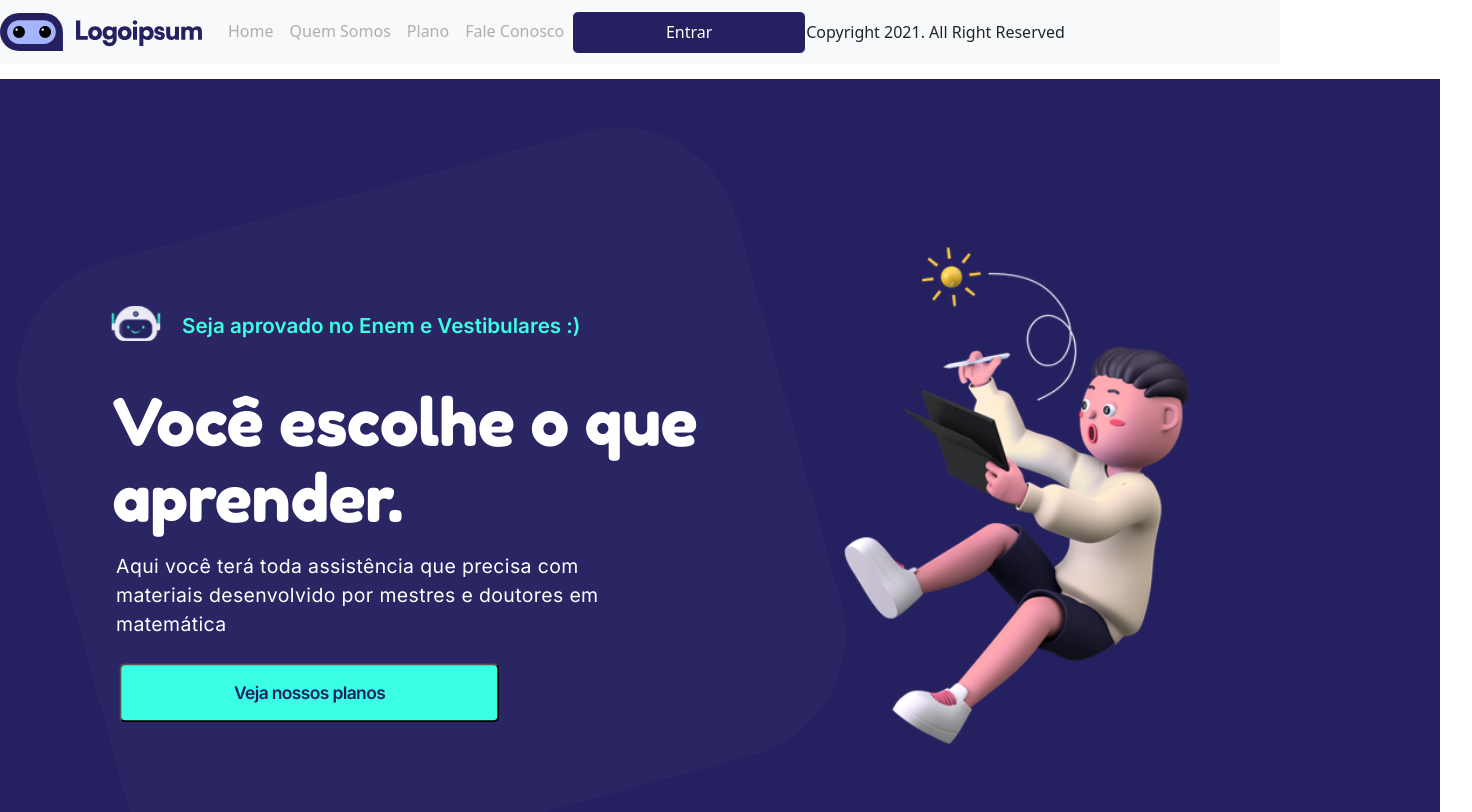
Repository: Williamlmachado/Desafio-Landing-page
Page: index.html
These files come from the project's save history. The page is drawn as it stood at one moment and after the next save; the edit follows.
The browser window is 1280 px wide. The page is 1472 px wide, so the pictures cover 1472 px, including what lies to the right of the window. The pictures show the part of the page from y = 0 to 812 px (the page is 5207 px tall).
Some icons come from a web library that is not loaded, so they are not drawn.

Above is the page before, as saved 2021-11-10 16:44:00.

### index.html
<!DOCTYPE html>
<html lang="en">

<head>
  <meta charset="UTF-8">
  <meta http-equiv="X-UA-Compatible" content="IE=edge">
  <meta name="viewport" content="width=device-width, initial-scale=1.0">
  <link rel="stylesheet" href="path/to/font-awesome/css/font-awesome.min.css">
  <link href="https://fonts.googleapis.com/css2?family=Inter:wght@100;200;300;400;500;600&display=swap" rel="stylesheet">
  <link href="https://fonts.googleapis.com/css2?family=Nunito:ital,wght@0,200;0,300;0,400;0,700;0,800;0,900;1,200;1,300;1,400;1,600;1,700;1,800;1,900&display=swap" rel="stylesheet">
  <link href="https://fonts.googleapis.com/css2?family=Fredoka+One&display=swap" rel="stylesheet">
  <link href="https://cdn.jsdelivr.net/npm/bootstrap@5.1.3/dist/css/bootstrap.min.css" rel="stylesheet"
    integrity="sha384-1BmE4kWBq78iYhFldvKuhfTAU6auU8tT94WrHftjDbrCEXSU1oBoqyl2QvZ6jIW3" crossorigin="anonymous">
  <link rel="stylesheet" href="style.css">
  <script src="https://cdn.jsdelivr.net/npm/bootstrap@5.1.3/dist/js/bootstrap.bundle.min.js"
    integrity="sha384-ka7Sk0Gln4gmtz2MlQnikT1wXgYsOg+OMhuP+IlRH9sENBO0LRn5q+8nbTov4+1p"
    crossorigin="anonymous"></script>
  <title>Document</title>

<body>
  <nav class="navbar navbar-expand-lg navbar-light bg-light">
    <a class="navbar-brand" href="#">
      <img src="img/logoipsum-logo-40 2.svg" alt="logo">
    </a>
    <button class="navbar-toggler" type="button" data-toggle="collapse" data-target="#navbarNav" aria-controls="navbarNav" aria-expanded="false" aria-label="Toggle navigation">
      <span class="navbar-toggler-icon"></span>
    </button>
    <nav>
    <div class="collapse navbar-collapse" id="navbarNav">
      <ul class="navbar-nav">
      <nav class="navbar-nav ml-auto">
        <li class="nav-item">
          <a class="nav-link disabled" href="#">Home <span class="sr-only"></span></a>
        </li>
        <li class="nav-item">
          <a class="nav-link disabled" href="#">Quem Somos</a>
        </li>
        <li class="nav-item-right">
          <a class="nav-link disabled" href="#">Plano</a>
        </li>
        <li class="nav-item">
          <a class="nav-link disabled" href="#">Fale Conosco</a>
        </li>
        <li class="nav-item">
          <button class="nav-button" type="button">Entrar</button>
        </li>
      </nav>
      </ul>
    </div>
  </nav>
    <div class="retangle-1">
      <div class="row">
          <div class="retangle-8">
           <div class="col"><img class="spaceboy" src="img/image 3.svg" alt="astronauta"><H4 class="frase1">Seja aprovado no Enem e Vestibulares :)</H4>
          <H1 class="frase2">Você escolhe o que aprender.</H1></div>
          <h4 class="frase3">Aqui você terá toda assistência que precisa
            com materiais desenvolvido por mestres e doutores em matemática</h4>
          <button type="button" class="buttonret"><p class="fraseButton">Veja nossos planos</p><i class="fas fa-arrow-right"></i></button>
          </div>
          </div>
        <div class="col"><img class="boy" src="img/image 8.svg" alt="garoto"></div>
     </div>
    </div>
  <div class="retangle-2">
    <div class="escolas">
    <img src="img/Captura de Tela 2021-05-22 às 02.33 1.svg" alt="escolas">
  </div>
  <div class="row">
    <div class="col"><img class="smallogos" src="img/Group 53.svg" alt="smallogos"><p class="group12"><img class="group12" src="img/Group 12.svg"></p><p><img class="group13" src="img/Group 13.svg"></p><p><img class="group14" src="img/Group 14.svg"></p></div>
    <div class="col"><img class="adolescente" src="img/pretty-teenager-happy-to-be-back-at-university 1.svg" alt="prettyteenager"></div>
  </div>
    <div class="retangle-3">
      <div class="row">
        <div class="column1"><img class="feliz" src="img/image 43.svg" alt="foguete"><div class="frase4"><p>100% MATEMÁTICA</p></div><h3 class="frase5">Matemática pra quem quer entrar na facul</h3><h4 class="frase6">Somos um cursinho online especialista em ensinar matemática. Temos os melhores professores mestres e doutores para tirar suas dúvidas e te ensinar matemática desde a teoria até a resolução de exercícios de todos os níveis.</h4></div></div>

       <div class="column2"><img class="foguete" src="img/image 45.svg" alt="feliz"><div class="frase7"><p>QUER SER APROVADO?</p></div><h3 class="frase8">Se seu foco é ser aprovado, nós estamos aqui por você.</h3><h4 class="frase9">Somos um cursinho online especialista em ensinar matemática. Temos os melhores professores mestres e doutores para tirar suas dúvidas e te ensinar matemática desde a teoria até a resolução de exercícios de todos os níveis.</h4></div></div>
        </div>
      </div>
    </div>
    <div class="retangle-4">
      <div class="row">
        <div class="col"><img class="celular" src="img/Frame 12.svg"><img class="celulardados" src="img/Group 41.svg"><img class="spaceboy2" src="img/image 3.svg" alt="spaceboy2"><</div>
        <div class="col"></div>
    </div>
  </div>
  <!-- <footer id="footer" class="py-5">
    <div class="row">
      <div class="col-md-5">
        <img class="" src="img/logoipsum-logo-40 2.svg" alt="logo">
        <div><img class=""src="img/Captura de Tela 2021-05-25 às 19.59 1.svg" alt="androideios"></div>
      </div>
      <div class="col-sm-2">
        <h5>Localização</h5>
        <p>Av. Brg. Faria Lima , 1422 São Paulo - SP </p>
      </div>
      <div class="col-sm-2">
        <h5>Fale Conosco</h5>
        <p>(22) 4442-0126</p>
        <p>info@digihouse.com</p>
      </div>
      <div class="col-sm-2">
        <h5>Política</h5>
        <p>Direitos autorais</p>
        <p>Termos de uso</p>
        <p>Políticas de Privacidade</p>
      </div>
      <hr class="linha"> -->
      <!-- <img class="copyright" src="img/Copyright.svg" alt="copyright"> -->
<span>Copyright 2021. All Right Reserved </span>
  </footer>
  </div>
</body>
</head>
</html>

### style.css
.nav-button{
    display: flex;
    flex-direction: row;
    justify-content: center;
    align-items: center;
    padding: 15px 116px;

    width: 133px;
    height: 43px;
    left: 1239px;
    top: 18px;

    /* Primary */
    background: #252160;

    /* Branco */
    border: 1px solid #FFFFFF;
    box-sizing: border-box;
    border-radius: 6px;
    color: #FFFFFF;
}

.nav-home{
    position: absolute;
    width: 46px;
    height: 22px;
    left: 5px;
    top: 0px;

    font-family: Inter;
    font-style: normal;
    font-weight: bold;
    font-size: 16px;
    line-height: 22px;

    /* identical to box height, or 137% */

    /* Primary */
    color: #252160;
}

.navbrad-brand{
    position: absolute;
    left: 58.02%;
    right: 35.2%;
    top: 34.99%;
    bottom: 29.03%;

    /* Primary */
    background: #252160;
}

#footer{
    position: absolute;
    width: 1550px;
    height: 373px;
    /* left: calc(50% - 1449px/2 + 4.5px); */
    top: calc(50% - 373px/2 + 2603.5px);

    /* Branco */
    background: #FFFFFF;
}

.imagemfooter{
    position: absolute;
    left: 3.51%;
    right: 72.51%;
    top: 18.75%;
    bottom: 18.75%;
    color: #A5B4FC;
}

.linha{
    margin-top: 150px;
    position: absolute;
    width: 1210px;
    left: 135px;
    border: 1px solid rgba(84, 84, 212, 0.34);
}

.col-md-5{
    align-items: center;
    align-content: center;
}

.copyright{

}

.retangle-1{
    position: absolute;
    width: 1440px;
    height: 821px;
    left: 0px;
    top: 79px;

    /* Primary */
    background: #252160;
}

.spaceboy{
    position: absolute;
    width: 50.02px;
    height: 36.06px;
    left: 125px;
    right: 150px;
    flex: none;
    order: 0;
    flex-grow: 0;
    margin: 50px -15px;
    transform: rotate(+15.22deg);
}

.retangle-2{
    position: absolute;
    width: 1440px;
    height: 821px;
    left: 0px;
    top: 900px;
    background: #ffff;
}
.retangle-3{
    position: absolute;
    width: 1440px;
    height: 954px;
    left: 0px;
    top: 800px;
    background: #F8F8F8
}

.escolas{
    position: absolute;
    width: 1270px;
    height: 164px;
    left: 66px;
    top: 35px;
}

.adolescente{
    position: relative;
    width: 600px;
    height: 738px;
    left: 25px;
    top: 105px;
    flex: none;
    order: 0;
    flex-grow: 0;
    margin: 6px 0px;
}

.smallogos{
    position: absolute;
    width: 67.79px;
    height: 403.63px;
    left: 112px;
    top: 275px;
}

.group12{
    position: absolute;
    width: 510.72px;
    height: 141px;
    left: 80px;
    top: 220px;
}

.group13{
    position: absolute;
    width: 510.72px;
    height: 155px;
    left: 195px;
    top: 275px;
}

.group14{
    position: absolute;
    width: 510.72px;
    height: 131px;
    left: 214px;
    top: 618px;
}

.boy{
    position: absolute;
    left: 763px;
    right: 143px;
    top: 153px;
    bottom: 120px;

}

.retangle-8{
    /* Rectangle 8 */

    position: absolute;
    width: 741.6px;
    height: 645.98px;
    left: 60px;
    top: 106px;

    background: #292663;
    border-radius: 124px;
    transform: rotate(-15.22deg);
    }

.frase1{
    position: absolute;
    width: 472px;
    height: 28px;
    top: 81PX;
    left:200px;
    right: 100px;

    font-family: inter;
    font-style: normal;
    font-weight: bold;
    font-size: 20.59px;
    line-height: 26px;

    color: #3AFFE5;

    flex: none;
    order: 1;
    flex-grow: 0;
    margin: 50px -30px;
    transform: rotate(+15.22deg);
}

.frase2{
    position: absolute;
    width: 631px;
    height: 151px;
    left: 65px;
    top: 200px;

    font-family: Fredoka One;
    font-style: normal;
    font-weight: normal;
    font-size: 65.1467px;
    line-height: 76px;
    transform: rotate(+15.22deg);
    /* or 116% */
    letter-spacing: -0.01em;

    /* Branco */
    color: #FFFFFF;
}

.frase3{
    position: absolute;
    width: 523px;
    height: 87px;
    left: 35px;
    top: 350px;

    font-family: Inter;
    font-style: normal;
    font-weight: normal;
    font-size: 19.45px;
    line-height: 29px;
    transform: rotate(+15.22deg);
    /* or 149% */
    letter-spacing: 0.38px;

    color: #FFFFFF;
}

.buttonret{
    display: flex;
    flex-direction: row;
    justify-content: center;
    align-items: center;
    padding: 15px 116px;

    position: absolute;
    width: 380.41px;
    height: 59.33px;
    left: 15px;
    top: 440px;
    transform: rotate(+15.22deg);
    /* Secundary */
    background: #3AFFE5;
    border-radius: 6px;
}

.fraseButton{
    position: static;
    height: 21px;
    left: 22.42%;
    right: 37.1%;
    top: calc(50% - 21px/2 + 0px);

    font-family: Inter;
    font-style: normal;
    font-weight: bold;
    font-size: 17.45px;
    line-height: 21px;
    text-align: center;
    letter-spacing: -0.618281px;

    /* Primary */
    color: #252160;


    /* Inside Auto Layout */
    flex: none;
    order: 0;
    flex-grow: 0;
    margin: 0px 24px;
}

.feliz{

    position: absolute;
    width: 430.2px;
    height: 469.21px;
    left: 817.06px;
    top: 425px;
    background: url(.png);
    transform: rotate(-12.24deg);
}

.frase4{
    position: absolute;
    width: 394.54px;
    height: 30px;
    left: 705px;
    top: 88px;
    font-family: Nunito;
    font-style: normal;
    font-weight: bold;
    font-size: 22px;
    line-height: 30px;
    /* Azul */
    color: #32B5FF;
}

.frase5{
    position: absolute;
width: 575.63px;
height: 122px;
left:705px;
top: 123px;

font-family: Nunito;
font-style: normal;
font-weight: bold;
font-size: 44.83px;
line-height: 61px;

/* Primary */
color: #252160;
}

.frase6{
    position: absolute;
    width: 600px;
    height: 182.69px;
    left: 705px;
    top: 261px;

    font-family: Inter;
    font-style: normal;
    font-weight: normal;
    font-size: 20px;
    line-height: 37px;

    /* or 186% */

    /* Gray - 200 */
    color: #7B7B7B;
}

.frase7{
    position: absolute;
    width: 394.54px;
    height: 30px;
    left: 135px;
    top: 575px;
    font-family: Nunito;
    font-style: normal;
    font-weight: bold;
    font-size: 22px;
    line-height: 30px;
    /* Azul */
    color: #32B5FF;
}


.frase8{
    position: absolute;
    width: 575.12px;
    height: 121.47px;
    left: 135px;
    top: 618.53px;

    font-family: Nunito;
    font-style: normal;
    font-weight: bold;
    font-size: 44.8277px;
    line-height: 61px;

    /* Primary */
    color: #252160;
}

.frase9{
    position: absolute;
    width: 598px;
    height: 157px;
    left: 135px;
    top: 753.53px;

    font-family: Inter;
    font-style: normal;
    font-weight: normal;
    font-size: 20px;
    line-height: 37px;

    /* or 185% */

    /* Gray - 200 */
    color: #7B7B7B;
}

.foguete{
    position: absolute;
    width: 450px;
    height: 450px;
    left: 167px;
    top: 75px;

}

.retangle-4{
    position: absolute;
    width: 1460px;
    height: 672px;
    left: 0px;
    top: 4535px;
    background: #252160;
}

.celular{
    position: absolute;
    width: 480px;
    height: 756px;
    left: 152px;
    top: -100px;
}

.celulardados{
    position: absolute;
    width: 482.9px;
    height: 294.32px;
    left: 207.1px;
    top: 240.53px;

    filter: drop-shadow(0px 1.08032px 5.40161px rgba(37, 33, 96, 0.1));
}
.spaceboy2{
    width: 50.02px;
    height: 36.06px;
    margin-top: 213px;
    margin-left: 784px;
}

After the next save:
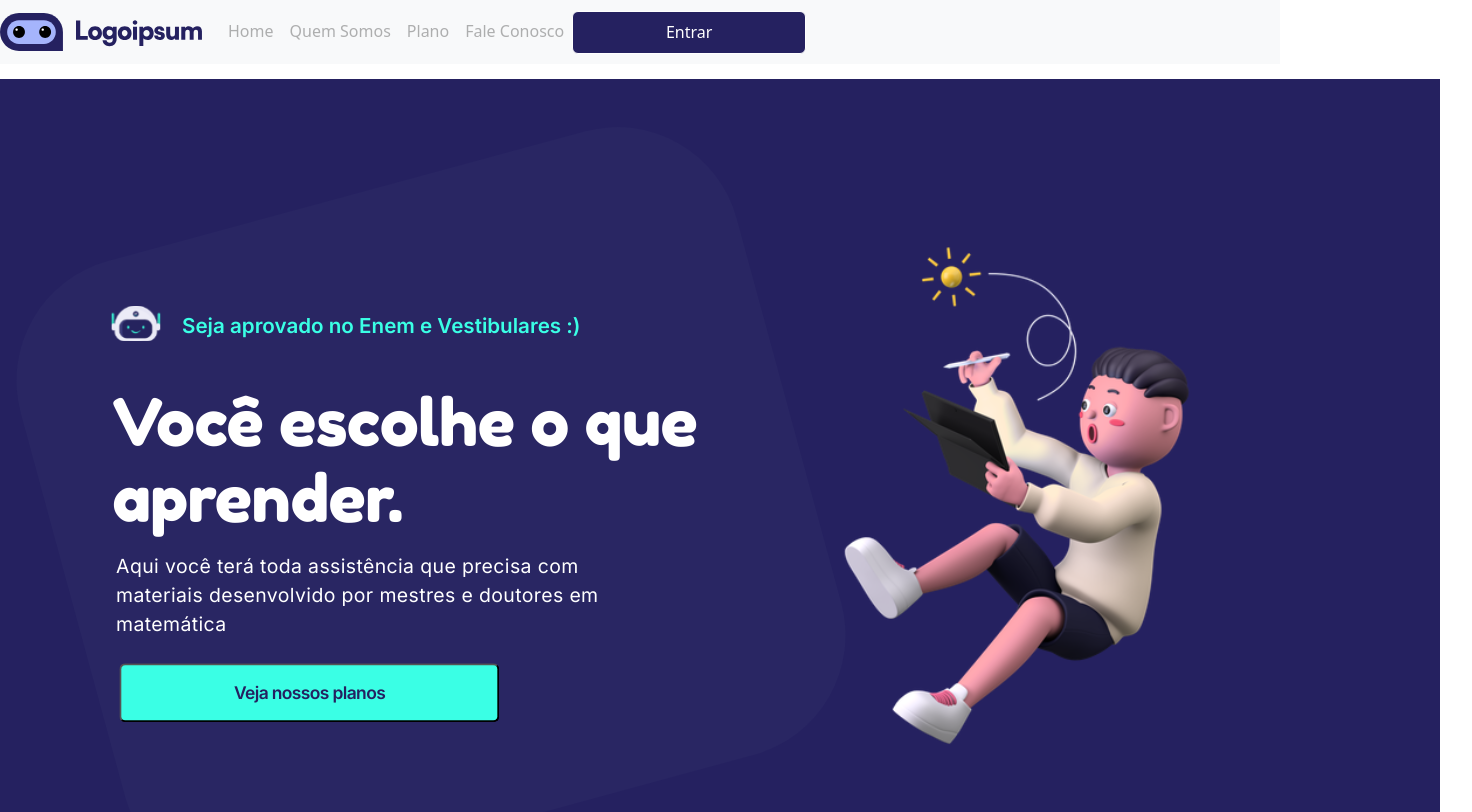
Saved 20 s later.
--- a/index.html
+++ b/index.html
@@ -79,7 +79,7 @@
     </div>
     <div class="retangle-4">
       <div class="row">
-        <div class="col"><img class="celular" src="img/Frame 12.svg"><img class="celulardados" src="img/Group 41.svg"><img class="spaceboy2" src="img/image 3.svg" alt="spaceboy2"><</div>
+        <div class="col"><img class="celular" src="img/Frame 12.svg"><img class="celulardados" src="img/Group 41.svg"><img class="spaceboy2" src="img/image 3.svg" alt="spaceboy2"><h4 class="frase10"</div>
         <div class="col"></div>
     </div>
   </div>
